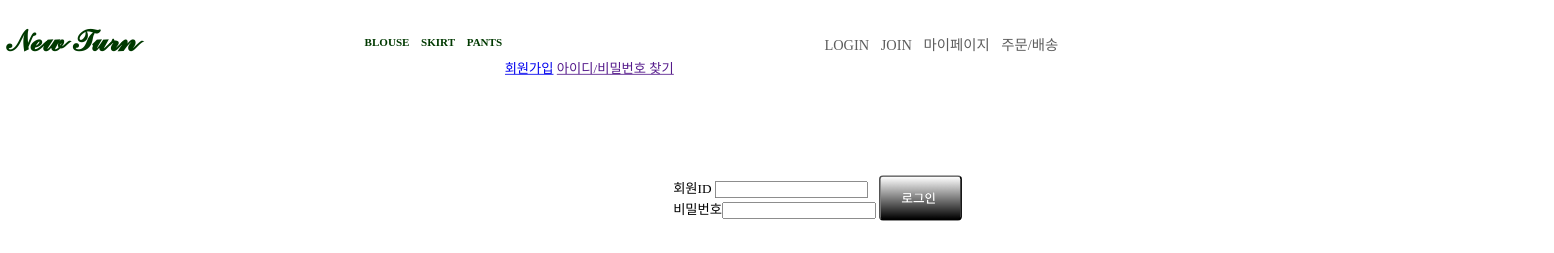
Repository: won0108/Port-Folio
Page: Creating_Homepage/Shopping/WebContent/Login.html
An editor plug-in stored every save of this project. The page is shown before and after the next save, followed by the edit.
The browser window is 1280 px wide. The page is 1872 px wide, so the pictures cover 1872 px, including what lies to the right of the window. The pictures show the whole page, at 83% of full size.

Above is the page before, as saved 2020-12-03 06:53:16.

### Creating_Homepage/Shopping/WebContent/Login.html
<!DOCTYPE html>
<html>
<head>  <!--웹페이지에 대한 정보를 제공한다.-->
 <title> 로그인 </title>   <!--탭에 New Turn을 나타낸다.-->
<style>
	@font-face{
 		font-family:"My Font";
 		src: url("fontstyle/ENCOSCPT.TTF");
 	}
 	h1{
   	color:#003900;
   	position:fixed;
   	top: 0px;
   	left:10px;
   	font-family:"My Font", serif;
   	font-size: 30pt;
   }
   #infor{
   position:fixed;
   top:40px; right:0px;
   }
   #infor a{
   text-decoration:none;
   color:#5D5D5D;
   font-size:13pt;
   display: inline;
   padding :5px;
   }
   #infor a:hover{
   tex-decoration:underline;
   color: black;
   text-weight:bold;
   }
   #categ{
   position:fixed;
   top:25px; right:670px;
   }
   #categ ul li{
   display: inline;
   }
   #categ ul li a{
   text-decoration:none;
   color:#003900;
   font-size:10pt;
   font-weight:bold;
   text-transform:uppercase;
   padding :5px;
   }
   #categ ul li a:hover{
   tex-decoration:underline; color: black;
   }

 h2{text-align:center;}
 #join{position:relative; left:600px;}

</style>
<style type="text/css">
#button1{
 background: #000000;
 padding:15px 30px 15px 25px;
 font-size:15px;
 font-weight:bold;
 color:#ffffff;
 text-align:center;
 background: -moz-linear-gradient(0%, 100%, 90deg, #75BC00, #ffffff);
 background: -webkit-gradient(linear, 0% 0%, 0% 100%, from(#ffffff), to(#000000));

border-radius:5px;
 -moz-border-radius:5px;
 -webkit-border-radius:5px;
 border-bottom-color:#000000;
 text-shadow:0 -1px 0 #000000;
 }
</style>

</head>
<body>
 <h1>New Turn</h1>
	<div id="infor">
	  <a href="Login.html">LOGIN</a> <!--다른 페이지로 이동한다.-->
	  <a href="회원가입 창.html">JOIN</a>
	  <a href="마이페이지.html">마이페이지</a>
	  <a href="">주문/배송</a>
	</div>
	<div id="categ">
		<ul>
			<li><a href="top.html">BLOUSE</a></li>
			<li><a href="skirt.html">SKIRT</a></li>
			<li><a href="pants.html">PANTS</a></li>
		</ul>
	</div>
  	<table style="position:relative; top: 200px; left: 800px;">
	  	<tr>
	  		<td>회원ID <input type="text" name="id">
	  		<br>비밀번호<input type="password" name="pass"></td>
	  		<td><button type="button" id = "button1">로그인</button></td>
		</tr>
	</table>
 <div id="join">
   <a href="C:\Users\samsung\Desktop\쇼핑몰\회원가입 창.html">회원가입</a>
   <a href="">아이디/비밀번호 찾기</a>
 </div>

 </form>
</body>
</html>

After the next save:
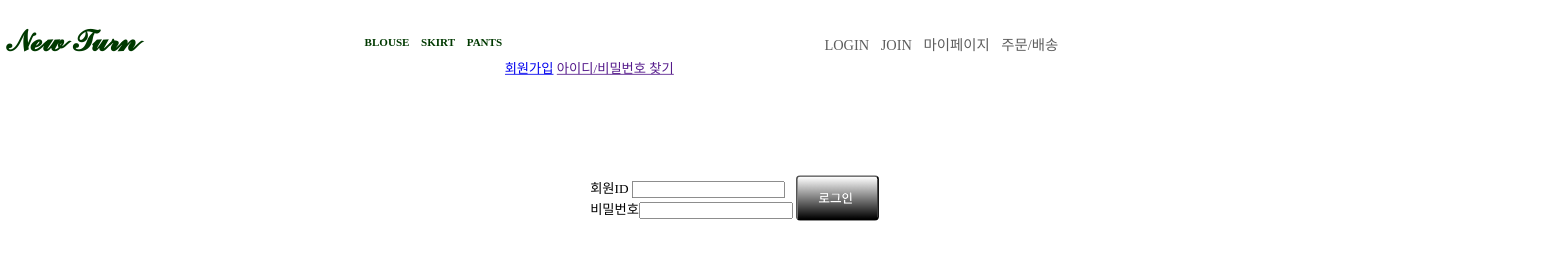
Saved 9 s later.
--- a/Creating_Homepage/Shopping/WebContent/Login.html
+++ b/Creating_Homepage/Shopping/WebContent/Login.html
@@ -89,7 +89,7 @@ border-radius:5px;
 			<li><a href="pants.html">PANTS</a></li>
 		</ul>
 	</div>
-  	<table style="position:relative; top: 200px; left: 800px;">
+  	<table style="position:relative; top: 200px; left: 700px;">
 	  	<tr>
 	  		<td>회원ID <input type="text" name="id">
 	  		<br>비밀번호<input type="password" name="pass"></td>
